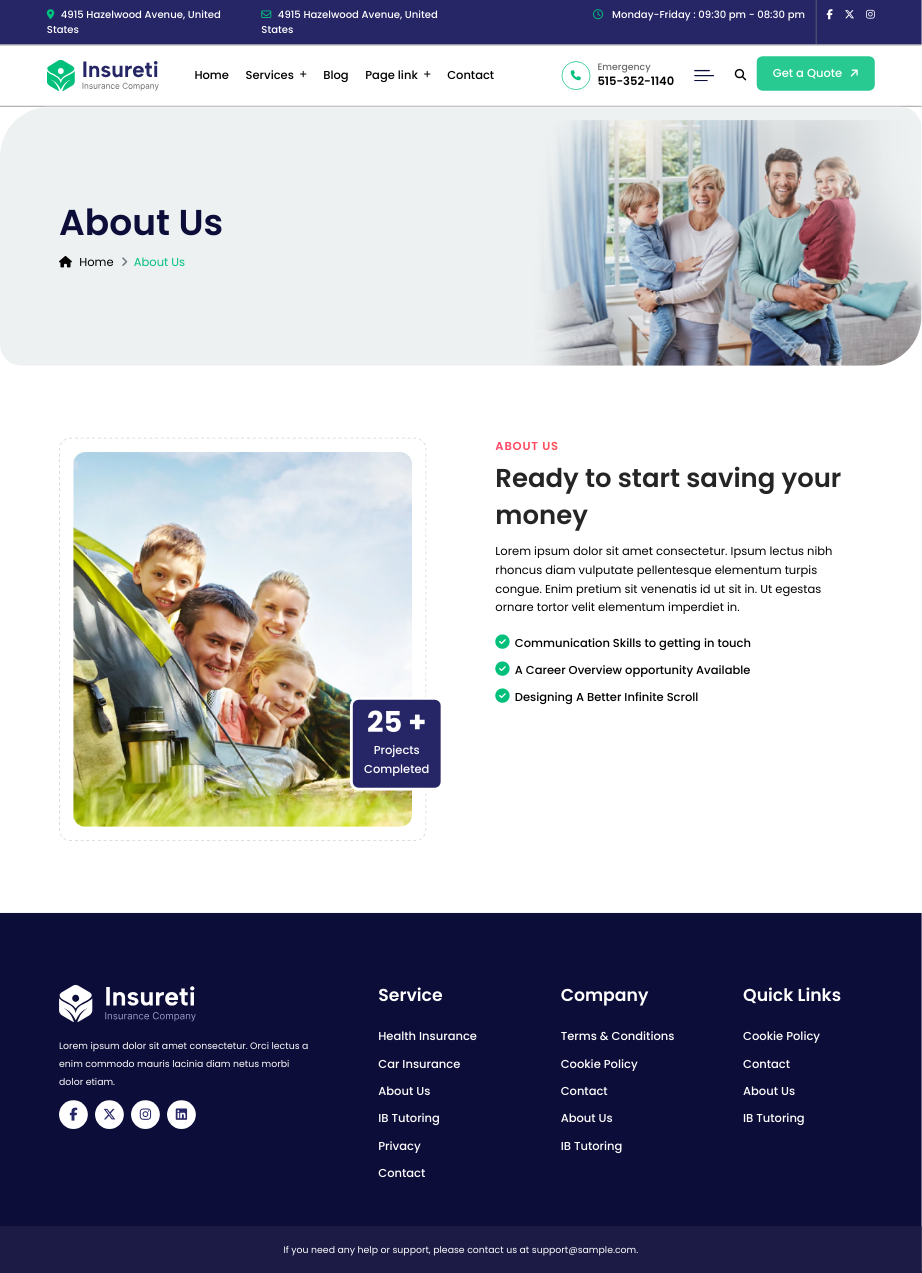
Repository: Tanmay226/it-portfolio-site
Page: it-company/about-us.html
The author's editor kept a copy of each file at every save. The page is drawn from the files as they stood at one save, then again after the next save.
The browser window is 1280 px wide. The pictures show the whole page, at 72% of full size.
Some web libraries are served in a nearby version.

Above is the page before, as saved 2024-11-05 21:45:59.

### it-company/about-us.html
<!DOCTYPE html>
<html lang="en">

<head>
    <!-- Required meta tags -->
    <meta charset="utf-8" />
    <meta name="viewport" content="width=device-width, initial-scale=1" />
    <title>Tech </title>
    <!-- font-family -->
    <link rel="preconnect" href="https://fonts.googleapis.com">
    <link rel="preconnect" href="https://fonts.gstatic.com" crossorigin>
    <link
        href="https://fonts.googleapis.com/css2?family=Poppins:ital,wght@0,100;0,200;0,300;0,400;0,500;0,600;0,700;0,800;0,900;1,100;1,200;1,300;1,400;1,500;1,600;1,700;1,800;1,900&display=swap"
        rel="stylesheet">
    <!-- font-awsome -->
    <link rel="stylesheet" href="https://cdnjs.cloudflare.com/ajax/libs/font-awesome/6.6.0/css/all.min.css" />
    <!-- Bootstrap CSS -->
    <link href="https://cdn.jsdelivr.net/npm/bootstrap@5.0.2/dist/css/bootstrap.min.css" rel="stylesheet" />
    <!-- AOS animation -->
    <link rel="stylesheet" href="https://unpkg.com/aos@next/dist/aos.css" />
    <!-- swiper js -->
    <link rel="stylesheet" href="https://cdnjs.cloudflare.com/ajax/libs/Swiper/11.0.5/swiper-bundle.css" />
    <!-- custom css -->
    <link rel="stylesheet" href="./assets/css/style.css" />
</head>

<body>
    <!-- header section start -->

    <div class="top-header">
        <div class="container-fluid">
            <div class="row">
                <div class="col-6">
                    <div class="top-left">
                        <ul class="top-nav">
                            <li><a href="#"><i class="fa-solid fa-location-dot"></i>4915 Hazelwood Avenue, United
                                    States</a></li>
                            <li><a href="#"><i class="fa-regular fa-envelope"></i>4915 Hazelwood Avenue, United
                                    States</a></li>
                        </ul>
                    </div>
                </div>
                <div class="col-6">
                    <div class="top-right">
                        <ul class="top-nav">
                            <li><a href="#"><i class="fa-regular fa-clock"></i> Monday-Friday : 09:30 pm - 08:30 pm</a>
                            </li>

                        </ul>
                        <ul class="top-media">
                            <li><a href="#"><i class="fa-brands fa-facebook-f"></i></a></li>
                            <li><a href="#"><i class="fa-brands fa-x-twitter"></i></a></li>
                            <li><a href="#"><i class="fa-brands fa-instagram"></i></a></li>

                        </ul>
                    </div>
                </div>
            </div>
        </div>
    </div>
    <!-- nanbar -->
    <nav class="navbar navbar-expand-lg main-nav ">
        <div class="container-fluid">
            <a class="navbar-brand header-logo" href="#"><img src="./assets/images/main-Logo.svg" alt=""></a>
            <!-- <a class="navbar-brand" href="#">Navbar</a> -->
            <button class="navbar-toggler" type="button" data-bs-toggle="collapse" data-bs-target="#navbarNavAltMarkup"
                aria-controls="navbarNavAltMarkup" aria-expanded="false" aria-label="Toggle navigation">
                <i class="fa-solid fa-bars"></i>
            </button>
            <div class="collapse navbar-collapse" id="navbarNavAltMarkup">
                <ul class="navbar-nav mega-dropdown">
                    <li class="nav-item">
                        <a class="nav-link active" href="#">Home </a>
                    </li>
                    <li class="nav-item dropdown">
                        <a class="nav-link dropdown-toggle " href="#" role="button" data-bs-toggle="dropdown"
                            aria-expanded="false">
                            Services
                        </a>
                        <ul class="dropdown-menu">
                            <li><a class="dropdown-item" href="#">Action</a></li>
                            <li class="nav-item dropdown"><a class="dropdown-item" href="#">Another action</a>
                                <ul class="dropdown-menu">
                                    <li><a class="dropdown-item" href="#">Action</a></li>
                                    <li><a class="dropdown-item" href="#">Another action</a></li>
                                    <li><a class="dropdown-item" href="#">page link</a></li>
                                    <li><a class="dropdown-item" href="#">page link</a></li>
                                    <li><a class="dropdown-item" href="#">page link</a></li>
                                    <li><a class="dropdown-item" href="#">page link</a></li>
                                </ul>
                            </li>
                            <li><a class="dropdown-item" href="#">page link</a></li>
                            <li><a class="dropdown-item" href="#">page link</a></li>
                            <li><a class="dropdown-item" href="#">page link</a></li>
                            <li><a class="dropdown-item" href="#">page link</a></li>
                        </ul>
                    </li>

                    <li class="nav-item">
                        <a class="nav-link" href="#">Blog</a>
                    </li>
                    <li class="nav-item dropdown">
                        <a class="nav-link dropdown-toggle" href="#" role="button" data-bs-toggle="dropdown"
                            aria-expanded="false">
                            Page link
                        </a>
                        <ul class="dropdown-menu">
                            <li><a class="dropdown-item" href="#">Action</a></li>
                            <li><a class="dropdown-item" href="#">Another action</a></li>
                            <li><a class="dropdown-item" href="#">Something else here</a></li>
                        </ul>
                    </li>
                    <li class="nav-item">
                        <a class="nav-link" href="#">Contact</a>
                    </li>
                </ul>
                <div class="right-button-box">

                    <div class="phone-icon d-flex align-items-center">
                        <div class="icon d-flex justify-content-center align-items-center"> <i
                                class="fa-solid fa-phone"></i>
                        </div>
                        <div class="info-wrap">
                            <p>Emergency</p> <a href="tel:515-352-1140" class="info">515-352-1140</a>
                        </div>
                    </div>

                    <!-- ./ mobile menu start -->

                    <button class="btn " type="button" data-bs-toggle="offcanvas" data-bs-target="#offcanvasExample"
                        aria-controls="offcanvasExample">
                        <svg width="28" height="16" viewBox="0 0 28 16" fill="none" xmlns="http://www.w3.org/2000/svg">
                            <path d="M1 1H21" stroke="#0D0D39" stroke-width="2" stroke-linecap="round"></path>
                            <path d="M1 8H27" stroke="#0D0D39" stroke-width="2" stroke-linecap="round"></path>
                            <path d="M1 15H18" stroke="#0D0D39" stroke-width="2" stroke-linecap="round"></path>
                        </svg>
                    </button>

                    <div class="offcanvas offcanvas-start" tabindex="-1" id="offcanvasExample"
                        aria-labelledby="offcanvasExampleLabel">
                        <div class="offcanvas-header">
                            <a class="navbar-brand header-logo" href="#"><img src="./assets/images/main-Logo.svg"
                                    alt=""></a>
                            <button type="button" class="btn-close " data-bs-dismiss="offcanvas" aria-label="Close"><i
                                    class="fa-solid fa-xmark"></i></button>
                        </div>
                        <div class="offcanvas-body">
                            <ul class="navbar-nav sidebar">
                                <li class="nav-item">
                                    <a class="nav-link active " href="#">Home </a>
                                </li>
                                <li class="nav-item dropdown">
                                    <a class="nav-link dropdown-toggle " href="#" role="button"
                                        data-bs-toggle="dropdown" aria-expanded="false">
                                        services
                                    </a>
                                    <ul class="dropdown-menu">
                                        <li><a class="dropdown-item" href="#">Action</a></li>
                                        <li><a class="dropdown-item" href="#">Another action</a></li>
                                        <li><a class="dropdown-item" href="#">page link</a></li>
                                        <li><a class="dropdown-item" href="#">page link</a></li>
                                        <li><a class="dropdown-item" href="#">page link</a></li>
                                        <li><a class="dropdown-item" href="#">page link</a></li>
                                    </ul>
                                </li>

                                <li class="nav-item">
                                    <a class="nav-link" href="#">Blog</a>
                                </li>
                                <li class="nav-item dropdown">
                                    <a class="nav-link dropdown-toggle" href="#" role="button" data-bs-toggle="dropdown"
                                        aria-expanded="false">
                                        Page link
                                    </a>
                                    <ul class="dropdown-menu">
                                        <li><a class="dropdown-item" href="#">Action</a></li>
                                        <li><a class="dropdown-item" href="#">Another action</a></li>
                                        <li><a class="dropdown-item" href="#">Something else here</a></li>
                                    </ul>
                                </li>
                                <li class="nav-item">
                                    <a class="nav-link" href="#">Contact</a>
                                </li>
                            </ul>
                            <div class="contact-box">
                                <h3>Contact</h3>
                                <ul class="top-nav">
                                    <li><a href="#"><i class="fa-solid fa-location-dot"></i>4915 Hazelwood Avenue,
                                            United States</a></li>
                                    <li><a href="#"><i class="fa-regular fa-envelope"></i>515-352-1140</a></li>
                                    <li><a href="#"><i class="fa-regular fa-envelope"></i>insurity@gmail.com</a></li>
                                </ul>
                                <ul class="social-media">
                                    <li><a href="#"><i class="fa-brands fa-facebook-f"></i></a></li>
                                    <li><a href="#"><i class="fa-brands fa-x-twitter"></i></a></li>
                                    <li><a href="#"><i class="fa-brands fa-instagram"></i></a></li>
                                    <li><a href="#"><i class="fa-brands fa-linkedin"></i></a></li>
                                </ul>
                            </div>
                        </div>
                    </div>
                    <!-- ./mobile menu -->
                    <div class="search-icon">
                        <ul>
                            <li><a href="#"><i class="fa-solid fa-magnifying-glass"></i></a></li>

                        </ul>
                    </div>
                    <!-- ./search box -->
                    <div class="nan btn-box">
                        <a href="#" class="custom-btn add-style"> Get a Quote <i
                                class="fa-solid fa-arrow-right"></i></a>
                    </div>

                </div>

            </div>
        </div>
        </div>
    </nav>

    <!--inner banner sec start -->
    <section class="inner-banner-sec custom-pad">
        <div class="banner-img"><img src="./assets/images/ser-ban.jpg" alt=""></div>
        <div class="container">
            <div class="row">
                <div class="col-lg-12">
                    <div class="inner-content">
                        <h2 class="banner-title">
                            About Us
                        </h2>
                        <nav class="custom-bread-crumb" aria-label="breadcrumb">
                            <ol class="breadcrumb">
                                <li class="breadcrumb-item"><a href="#">Home</a></li>
                                <li class="breadcrumb-item active" aria-current="page">About Us</li>
                            </ol>
                        </nav>
                    </div>
                </div>
            </div>
        </div>
    </section>
    <!--./inner banner sec start -->
    <!-- About sec -->
    <section class="about-sec custom-pad">
        <div class="container">
            <div class="row g-5">
                <div class="col-md-6">
                    <div class="about-right">

                        <div class="about-img pd-4">
                            <img src="./assets/images/about-new.png" alt="">
                        </div>
<!--  -->
                        <div class="counter-wrapper">
                            <div class="stats rt-counter-box">
                                <div class="counter-number">
                                  </span>
                                  <span class="counting" data-count="25" data-duration="3000">0 </span>
                                  <span class="counter-unit">+</span>
                                </div>
                                <h5>Projects Completed</h5>
                              </div>

                        </div>


                    </div>
                </div>
                <div class="col-md-6">
                    <div class="ps-4 about-left">
                        <div class="title-wrapper">
                            <h3 class="top-sub-title"> About Us</h3>
                            <h2 class="main-title">

                                Ready to start saving
                                your money
                            </h2>

                        </div>
                        <p class="para-mute">
                            Lorem ipsum dolor sit amet consectetur. Ipsum lectus nibh rhoncus diam vulputate
                            pellentesque elementum turpis congue. Enim pretium sit venenatis id ut sit in. Ut egestas
                            ornare tortor velit elementum imperdiet in.

                        </p>
                        <div class="feature-box">
                            <div class="row">
                                <div class="col-md-12">
                                    <div class="feature-box-right">
                                        <ul>
                                            <li><span><i class="fa-solid fa-circle-check"></i></span>Communication
                                                Skills to getting in touch</li>
                                            <li><span><i class="fa-solid fa-circle-check"></i></span>A Career Overview
                                                opportunity Available</li>
                                            <li><span><i class="fa-solid fa-circle-check"></i></span>Designing A Better
                                                Infinite Scroll</li>
                                        </ul>
                                    </div>
                                </div>
                            </div>
                        </div>
                    </div>

                </div> <!--./col-md-6-->

            </div><!--./row-->
        </div><!--./container-->
    </section>
    <!-- ./about end -->

    <!-- footer start -->
    <footer class="footer-sec white-clr-text custom-pad pb-0">
        <div class="container">
            <div class="row justify-content-between">
                <div class=" col-md-4">
                    <div class="footer-left-logo">
                        <figure>
                            <a href="#" class="footer-logo"><img src="./assets/images/white-logo.svg" class="img-fluid"
                                    alt=""></a>
                        </figure>
                        <p class="para-mute">
                            Lorem ipsum dolor sit amet consectetur. Orci lectus a enim commodo mauris lacinia diam netus
                            morbi dolor etiam.

                        </p>
                        <ul class="social-media">
                            <li><a href="#"><i class="fa-brands fa-facebook-f"></i></a></li>
                            <li><a href="#"><i class="fa-brands fa-x-twitter"></i></a></li>
                            <li><a href="#"><i class="fa-brands fa-instagram"></i></a></li>
                            <li><a href="#"><i class="fa-brands fa-linkedin"></i></a></li>
                        </ul>


                    </div>


                </div>
                <div class="col-lg-2 col-md-3 col-sm-4 col-6">
                    <h4 class="footer-link-header">Service</h4>
                    <ul>
                        <li><a href="#" class="footer-link">Health Insurance</a></li>
                        <li><a href="#" class="footer-link">Car Insurance</a></li>
                        <li><a href="#" class="footer-link">About Us</a></li>
                        <li><a href="#" class="footer-link">IB Tutoring</a></li>
                        <li><a href="#" class="footer-link">Privacy</a></li>
                        <li><a href="#" class="footer-link">Contact</a></li>


                    </ul>
                </div>

                <div class="col-lg-2 col-md-3 col-sm-4 col-6">
                    <h4 class="footer-link-header">Company</h4>

                    <ul>
                        <li><a href="#" class="footer-link">Terms &amp; Conditions</a></li>
                        <li><a href="#" class="footer-link">Cookie Policy</a></li>
                        <li><a href="#" class="footer-link">Contact</a></li>
                        <li><a href="#" class="footer-link">About Us</a></li>
                        <li><a href="#" class="footer-link">IB Tutoring</a></li>

                    </ul>
                </div>
                <div class="col-lg-2 col-md-6 col-sm-4">
                    <h4 class="footer-link-header">Quick Links</h4>

                    <ul>
                        <li><a href="#" class="footer-link">Cookie Policy</a></li>
                        <li><a href="#" class="footer-link">Contact</a></li>
                        <li><a href="#" class="footer-link">About Us</a></li>
                        <li><a href="#" class="footer-link">IB Tutoring</a></li>

                    </ul>


                </div>
            </div>
            <!-- <hr class="footer-hr"> -->
        </div>
        <div class="copy-right">
            <div class="container">
                <div class="row">
                    <div class="col-md-12">
                        <div class="footer-box">

                            <div class="footer-left">


                                <div class="footer-right">
                                    <p class="para-mute">If you need any help or support, please contact us at
                                        support@sample.com.</p>
                                </div>
                            </div>

                        </div>
                    </div>
                </div>
            </div>
    </footer>
    <!-- footer end -->
    <!-- Option 2: Separate Popper and Bootstrap JS -->
    <script src="https://cdn.jsdelivr.net/npm/@popperjs/core@2.9.2/dist/umd/popper.min.js"></script>
    <script src="https://cdn.jsdelivr.net/npm/bootstrap@5.0.2/dist/js/bootstrap.min.js"></script>

    <!-- jquery -->
    <script src="https://cdnjs.cloudflare.com/ajax/libs/jquery/3.7.1/jquery.min.js"></script>
    <!-- AOS animation  -->
    <script src="https://unpkg.com/aos@next/dist/aos.js"></script>
    <!-- swiper js -->
    <script src="https://cdnjs.cloudflare.com/ajax/libs/Swiper/11.0.5/swiper-bundle.min.js"></script>
    <!-- custom js -->
    <script src="./assets/js/custom.js"></script>

</body>

</html>

Loaded but not shown: it-company/assets/js/custom.js (124 lines, source omitted); it-company/assets/css/style.css (2092 lines, source omitted)

After the next save:
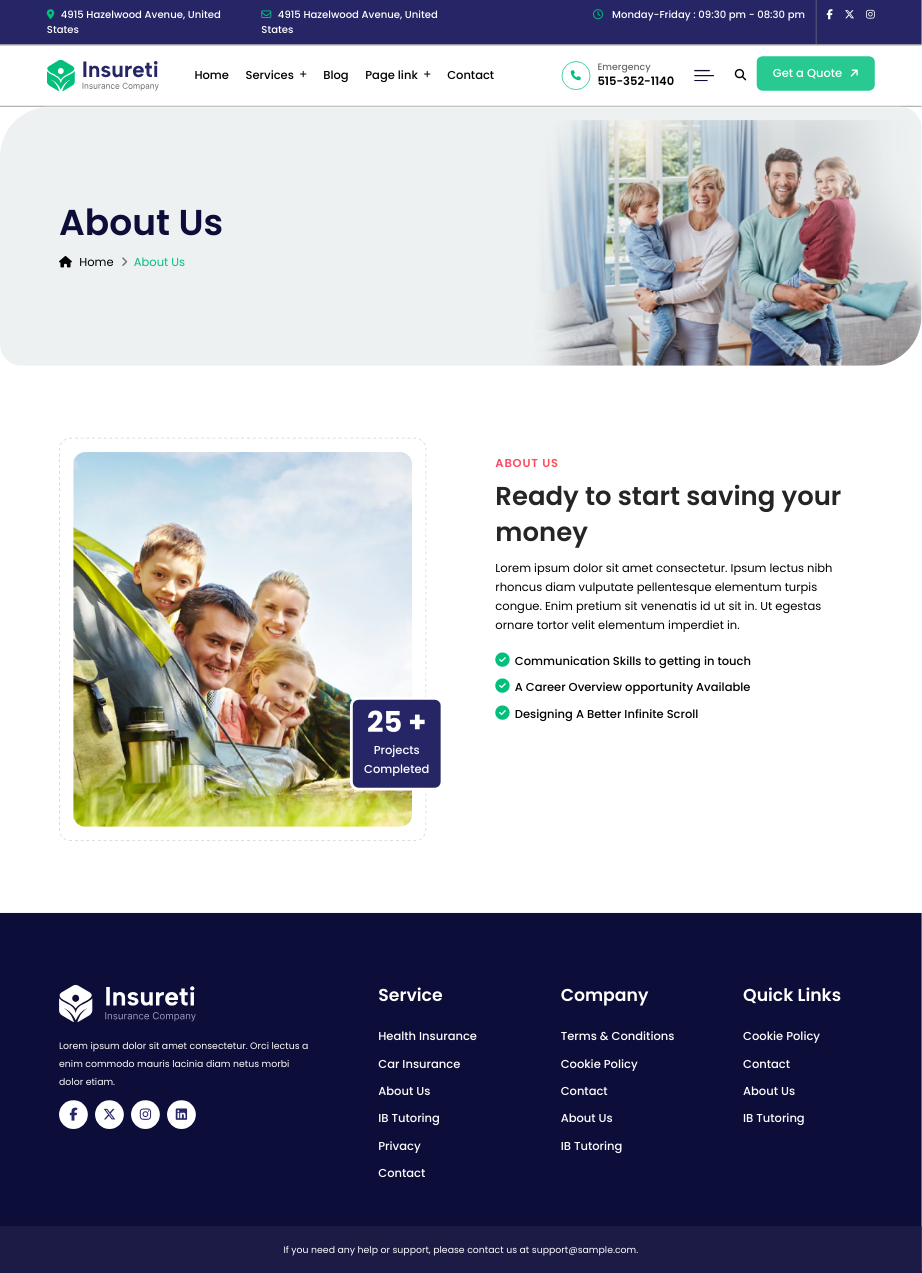
Saved 2 min 8 s later.
--- a/it-company/about-us.html
+++ b/it-company/about-us.html
@@ -268,7 +268,7 @@
                     </div>
                 </div>
                 <div class="col-md-6">
-                    <div class="ps-4 about-left">
+                    <div class="ps-4 about-left pt-4">
                         <div class="title-wrapper">
                             <h3 class="top-sub-title"> About Us</h3>
                             <h2 class="main-title">
